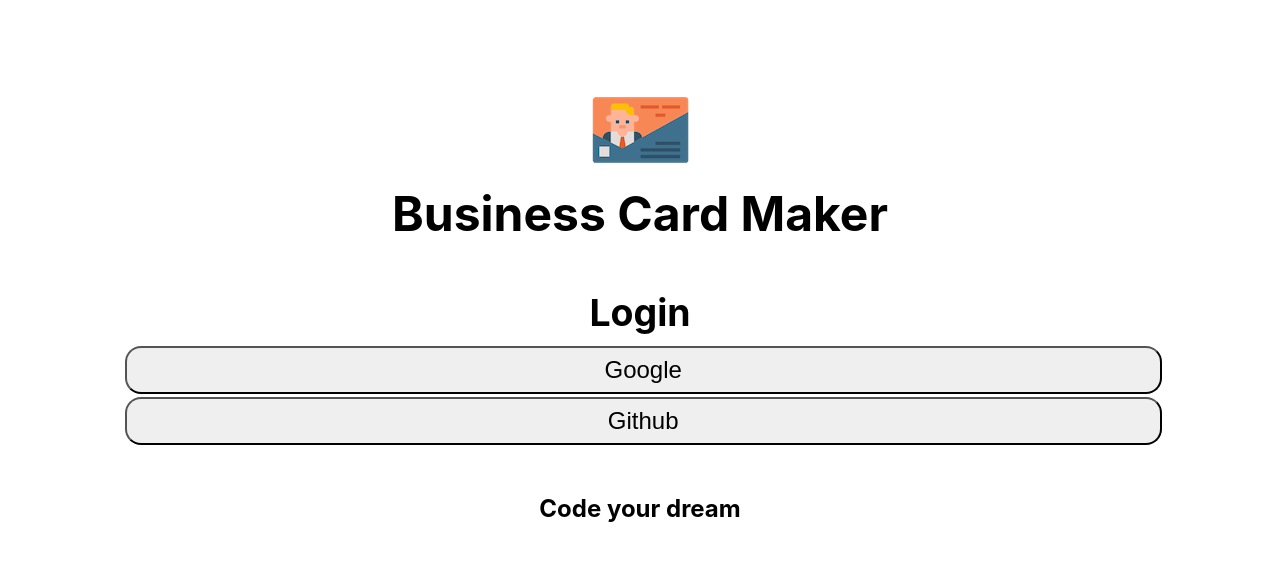
Repository: gomgomigom/firebase_practice_card_maker
Page: /
These files come from the project's save history. The page is drawn as it stood at one moment and after the next save; the edit follows.
The browser window is 1280 px wide. The pictures show the whole page.
The page's requests for data from a server got no answer. The project was rebuilt for these pictures with package versions that can differ from the ones it lists, and the page was loaded fresh each time. No one was signed in, and anything a server would have sent is missing. Also part of the build but not shown: src/app.css.

Above is the page before, as saved 2022-01-21 14:26:10.

### public/index.html
<!DOCTYPE html>
<html lang="en">
  <head>
    <meta charset="utf-8" />
    <link rel="icon" href="./images/logo.png" />
    <meta name="viewport" content="width=device-width, initial-scale=1" />
    <meta name="theme-color" content="#000000" />
    <meta
      name="description"
      content="Web site created using create-react-app"
    />
    <title>Card-Maker</title>
  </head>
  <body>
    <noscript>You need to enable JavaScript to run this app.</noscript>
    <div id="root"></div>
  </body>
</html>

### src/index.js
import React from 'react';
import ReactDOM from 'react-dom';
import './index.module.css';
import App from './app';
import AuthService from './service/auth_service';

const authService = new AuthService();
ReactDOM.render(
  <React.StrictMode>
    <App authService={authService} />
  </React.StrictMode>,
  document.getElementById('root')
);

### src/app.js
import './app.css';
import Login from './components/login/login';

function App({ authService }) {
  return (
    <h1>
      <Login authService={authService} />
    </h1>
  );
}

export default App;

### src/service/auth_service.js
import firebase from 'firebase';
import firebaseApp from './firebase';

class AuthService {
  login(providerName) {
    const authProvider = new firebase.auth[`${providerName}AuthProvider`]();
    return firebaseApp.auth().signInWithPopup(authProvider);
  }
}
export default AuthService;

### src/components/login/login.jsx
import React from 'react';
import Footer from '../footer/footer';
import Header from '../header/header';
import styles from './login.module.css';

const Login = ({ authService }) => {
  const onLogin = (event) => {
    authService //
      .login(event.currentTarget.textContent)
      .then(console.log);
  };

  return (
    <section className={styles.login}>
      <Header />
      <section className={styles.loginList}>
        <h1 className={styles.title}>Login</h1>
        <ul>
          <li>
            <button className={styles.button} onClick={onLogin}>
              Google
            </button>
          </li>
          <li>
            <button className={styles.button} onClick={onLogin}>
              Github
            </button>
          </li>
        </ul>
      </section>
      <Footer />
    </section>
  );
};

export default Login;

### src/service/firebase.js
import firebase from 'firebase';

const firebaseConfig = {
  apiKey: process.env.REACT_APP_FIREBASE_API_KEY,
  authDomain: process.env.REACT_APP_FIREBASE_AUTH_DOMAIN,
  projectId: process.env.REACT_APP_FIREBASE_PROJECT_ID,
  storageBucket: process.env.REACT_APP_FIREBASE_STORAGE_BUCKET,
};

const firebaseApp = firebase.initializeApp(firebaseConfig);

export default firebaseApp;

### src/components/footer/footer.jsx
import React from 'react';
import styles from './footer.module.css';

const Footer = (props) => {
  return (
    <footer className={styles.footer}>
      <h1 className={styles.title}>Code your dream</h1>
    </footer>
  );
};
export default Footer;

### src/components/header/header.jsx
import React from 'react';
import styles from './header.module.css';

const Header = ({ onLogout }) => {
  return (
    <header className={styles.header}>
      {onLogout && (
        <button className={styles.logout} onClick={onLogout}>
          Logout
        </button>
      )}
      <img className={styles.logo} src='/images/logo.png' alt='logo' />
      <h1 className={styles.title}>Business Card Maker</h1>
    </header>
  );
};

export default Header;

### src/components/login/login.module.css
@value makerGrey from '../../common/colors.css';
@value makerWhite from '../../common/colors.css';
@value makerGreen from '../../common/colors.css';

.login {
  display: flex;
  flex-direction: column;
  align-items: center;
  justify-content: center;
  background-color: makerGrey;
  padding: 4rem;
}

.loginList {
  width: 100%;
  height: 14rem;
  flex-direction: column;
  display: flex;
  align-items: center;
  justify-content: center;
  background-color: makerWhite;
}

li {
  list-style: none;
  display: block;
}

ul {
  width: 90%;
  margin: 0;
  padding: 0;
}

.title {
  margin: 0.5rem;
}

.button {
  display: block;
  border: 2px solid makerGreen;
  border-radius: 1rem;
  width: 100%;
  font-size: 1.5rem;
  padding: 0.5rem;
  margin: 0.2rem;
  cursor: pointer;
}

### src/components/footer/footer.module.css
@value makerGreen from '../../common/colors.css';
@value makerWhite from '../../common/colors.css';

.footer {
  height: 4rem;
  width: 100%;
  display: flex;
  align-items: center;
  justify-content: center;
  background-color: makerGreen;
}

.title {
  font-size: 1.5rem;
  color: makerWhite;
}

### src/components/header/header.module.css
@value makerBlack from '../../common/colors.css';
@value makerGreen from '../../common/colors.css';
@value makerWhite from '../../common/colors.css';
@value makerWheat from '../../common/colors.css';

.header {
  width: 100%;
  display: flex;
  flex-wrap: wrap;
  flex-direction: column;
  justify-content: center;
  align-items: center;
  font-size: 2rem;
  background-color: makerGreen;
  position: relative;
}

.logo {
  margin: 0.6rem;
}

.title {
  color: makerWhite;
  margin: 0.6rem;
}

.logout {
  position: absolute;
  top: 1rem;
  right: 3rem;
  cursor: pointer;
  padding: 0.5rem;
  border-radius: 20%;
  background-color: makerBlack;
  color: makerWhite;
  outline: 0;
  border: 0;
}

Loaded but not shown: src/index.module.css (common file)

After the next save:
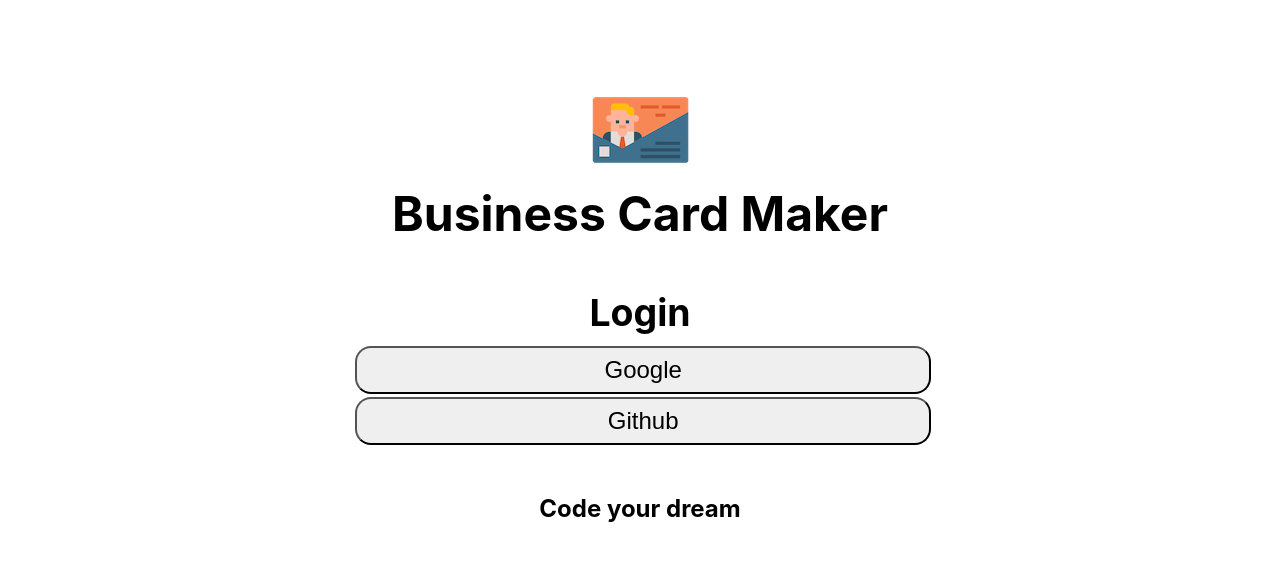
Saved 48 s later.
--- a/src/components/login/login.module.css
+++ b/src/components/login/login.module.css
@@ -12,7 +12,7 @@
 }
 
 .loginList {
-  width: 100%;
+  width: 40rem;
   height: 14rem;
   flex-direction: column;
   display: flex;

After the save that followed:
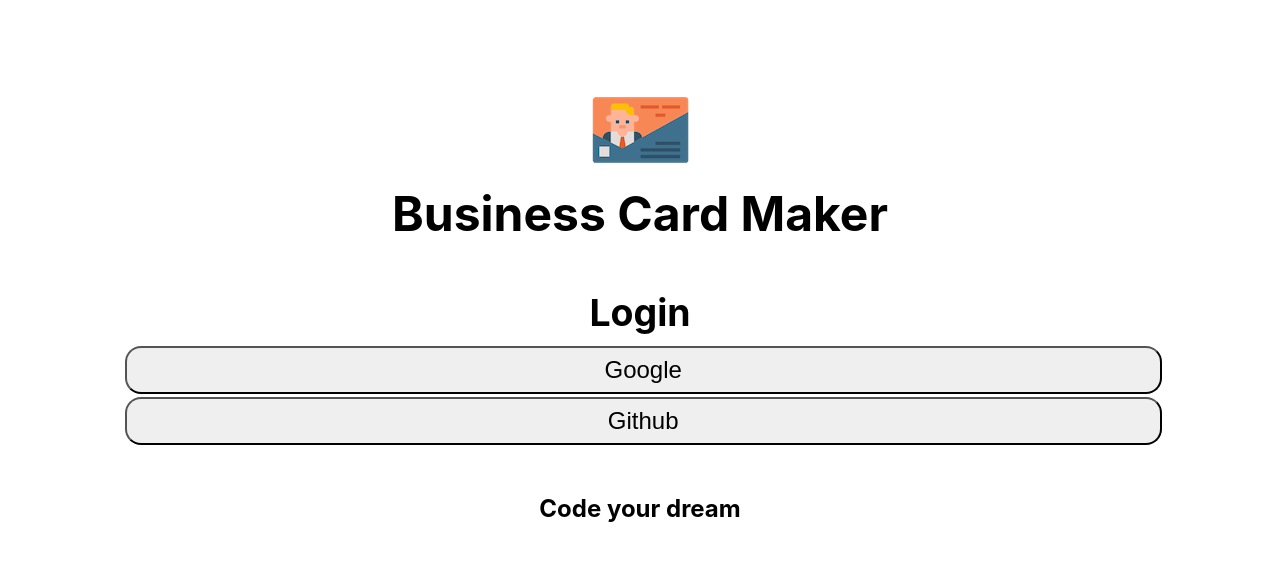
Saved 20 s later.
--- a/src/components/login/login.module.css
+++ b/src/components/login/login.module.css
@@ -12,7 +12,7 @@
 }
 
 .loginList {
-  width: 40rem;
+  width: 100%;
   height: 14rem;
   flex-direction: column;
   display: flex;
